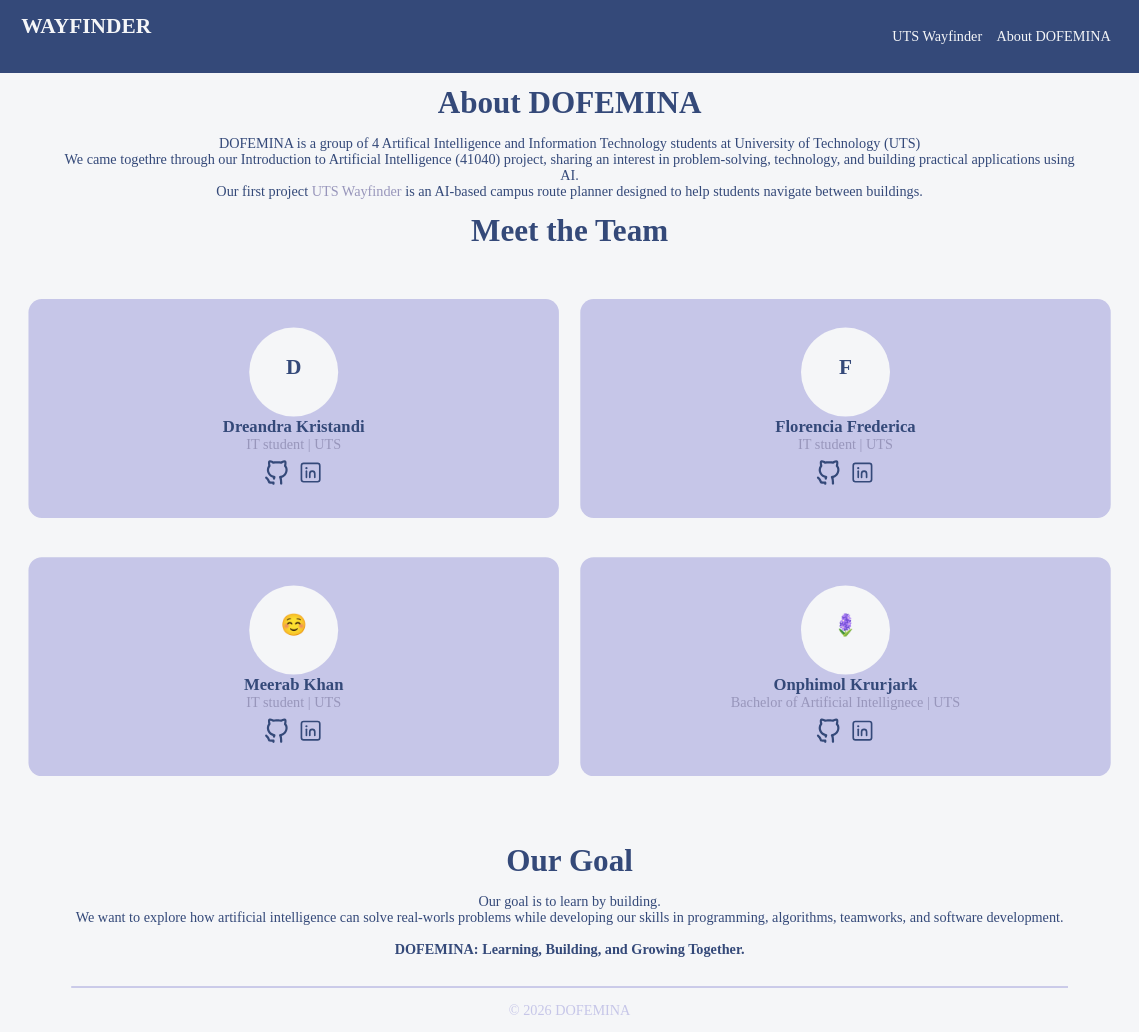
Repository: Meerab-K/uts-wayfinder
Page: html/about.html
These files come from the project's save history. The page is drawn as it stood at one moment and after the next save; the edit follows.
The browser window is 1280 px wide. The pictures show the whole page, at 89% of full size.
Some web fonts or font styles are not loaded; a fallback is used.

Above is the page before, as saved 2026-10-19 22:00:29.

After the next save:
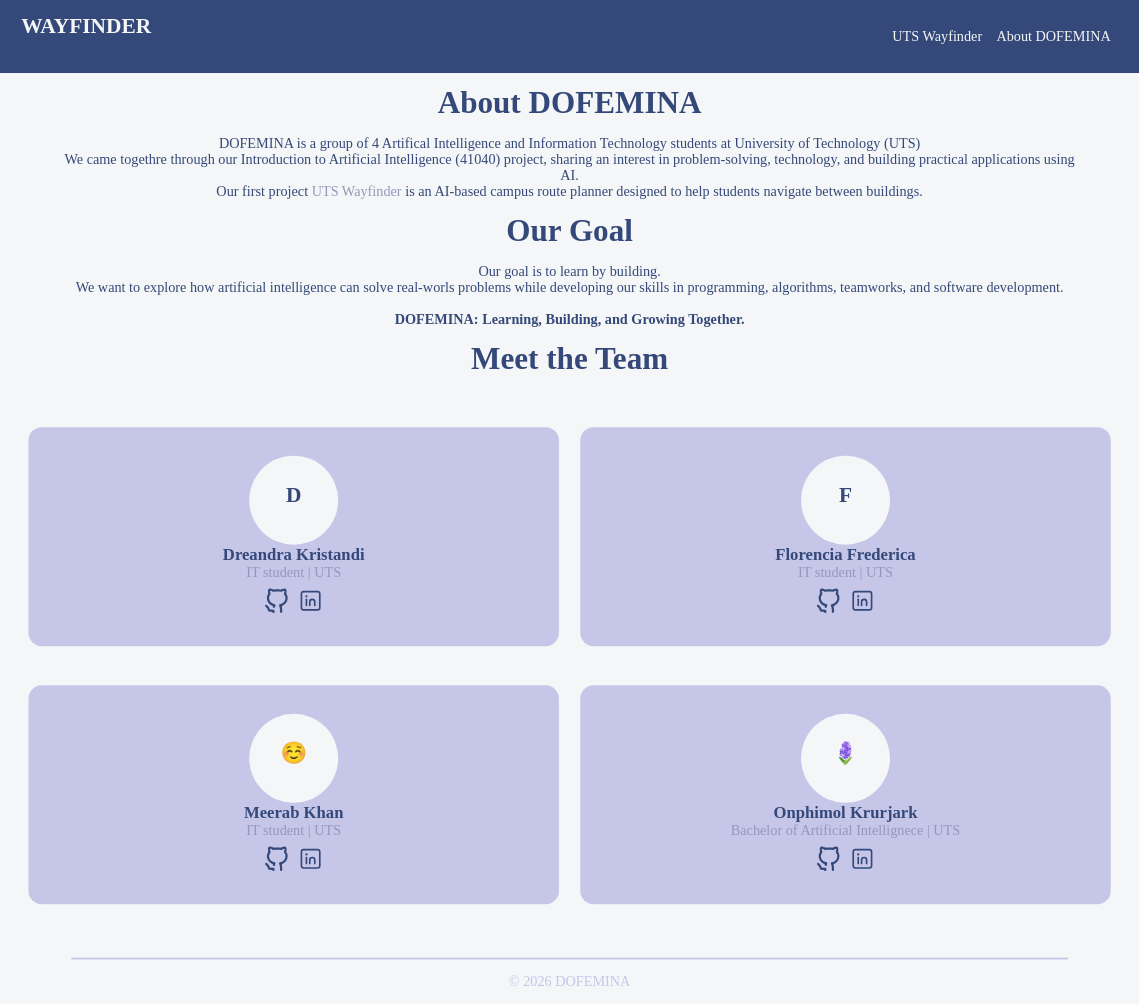
Saved 35 s later.
--- a/html/about.html
+++ b/html/about.html
@@ -32,6 +32,13 @@
             <p>DOFEMINA is a group of 4 Artifical Intelligence and Information Technology students at University of Technology (UTS)</p>
             <p>We came togethre through our Introduction to Artificial Intelligence (41040) project, sharing an interest in problem-solving, technology, and building practical applications using AI.</p>
             <p>Our first project <span class="highlight">UTS Wayfinder</span> is an AI-based campus route planner designed to help students navigate between buildings.</p>
+        </div>
+
+        <h2>Our Goal</h2>
+        <div class="content-box">
+            <p>Our goal is to learn by building.</p>
+            <p>We want to explore how artificial intelligence can solve real-worls problems while developing our skills in programming, algorithms, teamworks, and software development.</p>
+            <p><br><b>DOFEMINA: Learning, Building, and Growing Together.</b></p>
         </div>
 
         <h2>Meet the Team</h2>
@@ -74,15 +81,6 @@
             </div>
         </div>
 
-        <div class="box-line">
-            <h2>Our Goal</h2>
-            <div class="content-box">
-                <p>Our goal is to learn by building.</p>
-                <p>We want to explore how artificial intelligence can solve real-worls problems while developing our skills in programming, algorithms, teamworks, and software development.</p>
-                <p><br><b>DOFEMINA: Learning, Building, and Growing Together.</b></p>
-            </div>
-        </div>
-
     </main>
 
     <footer>
